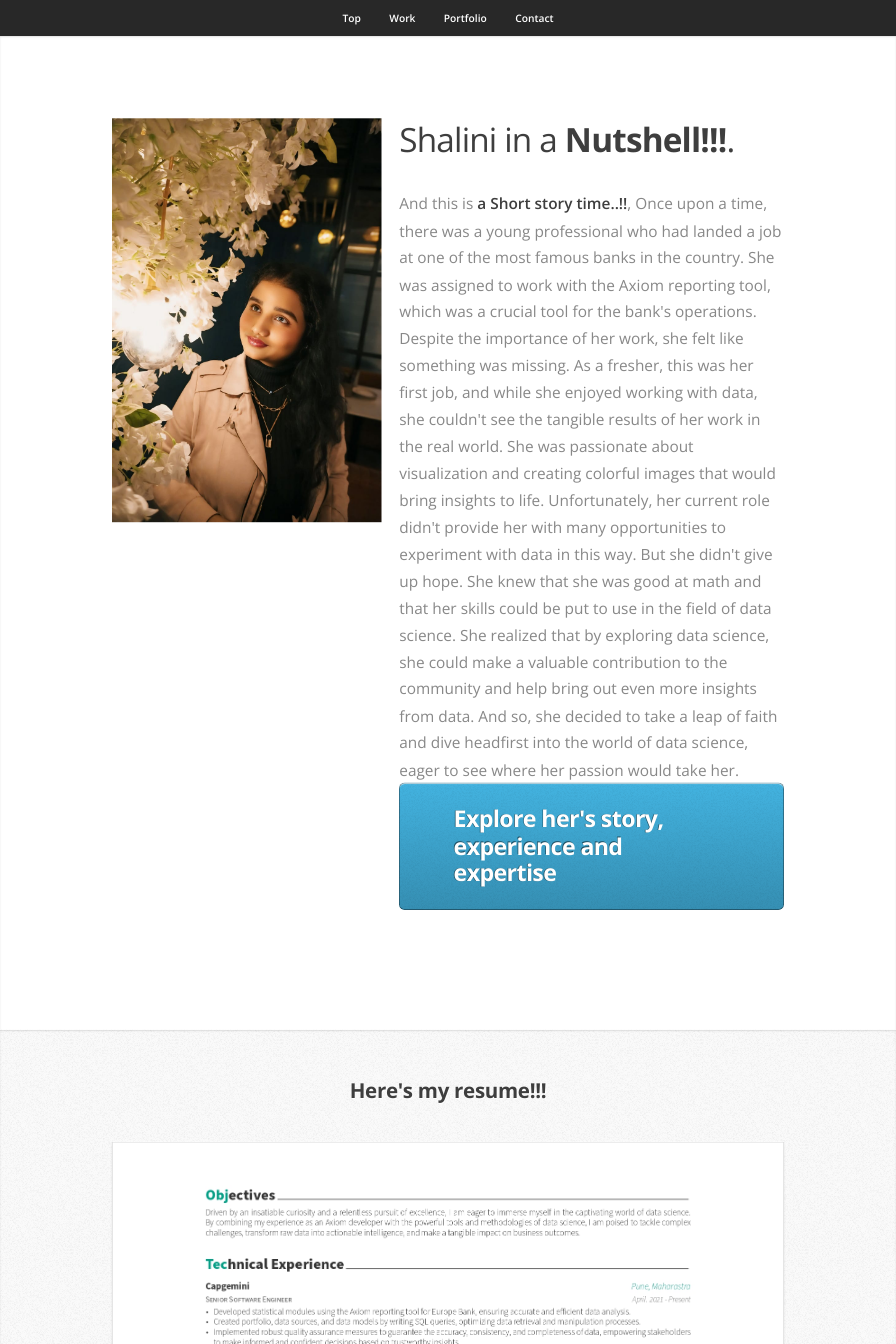
Repository: Shalini-Nanda-ds/Shalini-s-portfolio
Page: index.html
These files come from the project's save history. The page is drawn as it stood at one moment and after the next save; the edit follows.
The browser window is 1280 px wide. The pictures show the part of the page from y = 0 to 1920 px (the page is 4530 px tall), at 70% of full size.

Above is the page before, as saved 2025-03-21 11:37:09.

### index.html
<!DOCTYPE HTML>
<!--
	Miniport by HTML5 UP
	html5up.net | @ajlkn
	Free for personal and commercial use under the CCA 3.0 license (html5up.net/license)
-->
<html>
	<head>
		<title>Shalini's Portfolio</title>
		<meta charset="utf-8" />
		<meta name="viewport" content="width=device-width, initial-scale=1, user-scalable=no" />
		<link rel="stylesheet" href="assets/css/main.css" />
	</head>
	<body class="is-preload">

		<!-- Nav -->
			<nav id="nav">
				<ul class="container">
					<li><a href="#top">Top</a></li>
					<li><a href="#work">Work</a></li>
					<li><a href="#portfolio">Portfolio</a></li>
					<li><a href="#contact">Contact</a></li>
				</ul>
			</nav>

		<!-- Home -->
			<article id="top" class="wrapper style1">
				<div class="container">
					<div class="row">
						<div class="col-4 col-5-large col-12-medium">
							<img src="images/WhatsApp Image 2025-03-21 at 11.20.08 AM (1).jpeg" alt="" style="max-width: 100%; height: auto; display: block;"/>
						</div>
						<div class="col-8 col-7-large col-12-medium">
							<header>
								<h1>Shalini in a <strong>Nutshell!!!</strong>.</h1>
							</header>
							<p>And this is <strong>a Short story time..!!</strong>,
								Once upon a time, there was a young professional who had landed a job at one of the most famous banks in the country. She was assigned to work with the Axiom reporting tool, which was a crucial tool for the bank's operations. Despite the importance of her work, she felt like something was missing.

		As a fresher, this was her first job, and while she enjoyed working with data, she couldn't see the tangible results of her work in the real world. She was passionate about visualization and creating colorful images that would bring insights to life. Unfortunately, her current role didn't provide her with many opportunities to experiment with data in this way.

		But she didn't give up hope. She knew that she was good at math and that her skills could be put to use in the field of data science. She realized that by exploring data science, she could make a valuable contribution to the community and help bring out even more insights from data. And so, she decided to take a leap of faith and dive headfirst into the world of data science, eager to see where her passion would take her.
							<a href="#work" class="button large scrolly">Explore her's story, experience and expertise</a>
						</div>
					</div>
				</div>
			</article>
<!-- Work -->
<article id="work" class="wrapper style2">
	<div class="container">
		<header>
			<h2>Here's my resume!!!</h2>
		</header>
		<div class="row aln-center">
			<div class="col-12">
				<section class="box style1">
					<div class="resume-wrapper">
						<a href="images\Final_one.pdf" download>
							<img src="images\Final_one_page-0001.jpg" alt="Resume Preview" class="resume-image">
						</a>
					</div>
				</section>
			</div>
		</div>
		<div class="row aln-center">
			<div class="col-12">
				<footer class="align-center">
					<!-- Removed the "Download Resume" button -->
					<a href="#portfolio" class="button small scrolly">See some of my recent work</a>
				</footer>
			</div>
		</div>
	</div>
</article>




		<style>
			.resume-wrapper {
				width: 100%;
				max-width: 800px; /* Set your desired maximum width here */
				margin: 0 auto; /* Center the resume image horizontally */
				overflow: hidden;
				padding-bottom: 100%;
				position: relative;
			}

			.resume-image {
				position: absolute;
				top: 0;
				left: 0;
				width: 100%;
				height: 100%;
				object-fit: cover;
			}

			.align-center {
				text-align: center;
				margin-top: 2em;
			}

			.align-center .button {
				margin-top: 1em;
			}
		</style>



		<!-- Portfolio -->
		<article id="portfolio" class="wrapper style3">
			<div class="container">
				<header>
					<h2>Here’s some stuff I made recently.</h2>
					<!-- <p>Proin odio consequat sapien vestibulum consequat lorem dolore feugiat.</p> -->
				</header>
				<div class="row">
					<div class="col-4 col-6-medium col-12-small">
						<article class="box style2">
							<a href="https://github.com/Shalini-Nanda-ds/Movie-Recommendation-System" class="image featured" target="_blank"><img src="images\Movie_recommend.webp" alt="Movie Recommendation System" /></a>
							<h3><a href="https://github.com/Shalini-Nanda-ds/Movie-Recommendation-System" target="_blank">Movie Recommendation System</a></h3>
							<!-- <p>Ornare nulla proin odio consequat.</p> -->
						</article>
					</div>
					<div class="col-4 col-6-medium col-12-small">
						<article class="box style2">
							<a href="https://github.com/Shalini-Nanda-ds/Laptop-Price-Predictor" class="image featured" target="_blank"><img src="images/Laptop_price.webp" alt="Laptop Price Predictor" /></a>
							<h3><a href="https://github.com/Shalini-Nanda-ds/Laptop-Price-Predictor" target="_blank">Laptop Price Predictor</a></h3>
							<!-- <p>Ornare nulla proin odio consequat.</p> -->
							</article>
					</div>

					<div class="col-4 col-6-medium col-12-small">
						<article class="box style2">
							<a href="https://github.com/Shalini-Nanda-ds/Customer-Churn-Prediction" class="image featured" target="_blank"><img src="images\Customer_churn.webp" alt="Customer Churn Prediction" /></a>
							<h3><a href="https://github.com/Shalini-Nanda-ds/Customer-Churn-Prediction" target="_blank">Customer Churn Prediction</a></h3>
							<!-- <p>Ornare nulla proin odio consequat.</p> -->
							</article>
					</div>
					<div class="col-4 col-6-medium col-12-small">
						<article class="box style2">
							<a href="https://github.com/Shalini-Nanda-ds/Python-Portfolio" class="image featured" target="_blank"><img src="images/Python_preview.webp" alt="Python Portfolio" /></a>
							<h3><a href="https://github.com/Shalini-Nanda-ds/Python-Portfolio" target="_blank">Python Portfolio</a></h3>
							<!-- <p>Ornare nulla proin odio consequat.</p> -->
							</article>
					</div>
					<div class="col-4 col-6-medium col-12-small">
						<article class="box style2">
							<a href="https://github.com/Shalini-Nanda-ds/SQL-Portfolio" class="image featured" target="_blank"><img src="images\SQL_preview.webp" alt="SQL Portfolio" /></a>
							<h3><a href="https://github.com/Shalini-Nanda-ds/SQL-Portfolio" target="_blank">SQL Portfolio</a></h3>
							<!-- <p>Ornare nulla proin odio consequat.</p> -->
							</article>
					</div>
					<div class="col-4 col-6-medium col-12-small">
						<article class="box style2">
							<a href="https://github.com/Shalini-Nanda-ds/Student_Performance_.git" class="image featured" target="_blank"><img src="images\Student_perform.webp" alt="Student Performance" /></a>
							<h3><a href="https://github.com/Shalini-Nanda-ds/Student_Performance_.git" target="_blank">Student Performance</a></h3>
							<!-- <p>Ornare nulla proin odio consequat.</p> -->
							</article>
					</div>
					<div class="col-4 col-6-medium col-12-small">
						<article class="box style2">
							<a href="https://github.com/Shalini-Nanda-ds/Ecommerce_dashboard.git" class="image featured" target="_blank"><img src="images\e_commerce_preview.webp" alt="Ecommerce dashboard" /></a>
							<h3><a href="https://github.com/Shalini-Nanda-ds/Ecommerce_dashboard.git" target="_blank">Ecommerce Dashboard 📈💰📊</a></h3>
							<!-- <p>Ornare nulla proin odio consequat.</p> -->
							</article>
					</div>
					<div class="col-4 col-6-medium col-12-small">
						<article class="box style2">
							<a href="https://github.com/Shalini-Nanda-ds/HR_Analytics_Dashboard.git" class="image featured" target="_blank"><img src="images\HR_report_preview.webp" alt="HR Analytics Report" /></a>
							<h3><a href="https://github.com/Shalini-Nanda-ds/HR_Analytics_Dashboard.git" target="_blank">HR Analytics Report 🧑🏻‍💻👩🏻📈</a></h3>
							<!-- <p>Ornare nulla proin odio consequat.</p> -->
							</article>
					</div>

				</div>
				<footer class="align-center">
					<!-- <p>Lorem ipsum dolor sit sapien vestibulum ipsum primis?</p> -->
					<a href="#contact" class="button large scrolly">Get in touch with me</a>
				</footer>
			</div>
		</article>


		<!-- Contact -->
		<article id="contact" class="wrapper style4">
			<div class="container medium">
				<div class="row">
					<div class="col-12">
						<hr />
						<h3>Find me on ...</h3>
						<ul class="social">
							<li><a href="https://www.linkedin.com/in/shnanda-ds/" target="_blank" class="icon brands fa-linkedin-in"><span class="label">LinkedIn</span></a></li>
							<li><a href="mailto:shnanda.datascientist07@gmail.com" target="_blank" class="icon solid fa-envelope"><span class="label">Email</span></a></li>
							<li><a href="https://github.com/Shalini-Nanda-ds" target="_blank" class="icon brands fa-github"><span class="label">Github</span></a></li>
							<li><a href="https://datataleswithshalini.blogspot.com" target="_blank" class="icon brands fa-blogger"><span class="label">Blogger</span></a></li>
							<li><a href="tel:+91 9123102656" target="_blank" class="icon solid fa-phone"><span class="label">Phone</span></a></li>
						</ul>
						<hr />
					</div>

				<!-- </div>
				<footer>
					<ul id="copyright">
						<li>&copy; Untitled. All rights reserved.</li>
						<li>Design: <a href="http://html5up.net">HTML5 UP</a></li>
					</ul>
				</footer>
			</div> -->
		</article>

						<!-- <div class="col-12">
							<hr />
							<h3>Find me on ...</h3>
							<ul class="social">
								<li><a href="#" class="icon brands fa-twitter"><span class="label">Twitter</span></a></li>
								<li><a href="#" class="icon brands fa-facebook-f"><span class="label">Facebook</span></a></li>
								<li><a href="#" class="icon brands fa-dribbble"><span class="label">Dribbble</span></a></li>
								<li><a href="#" class="icon brands fa-linkedin-in"><span class="label">LinkedIn</span></a></li>
								<li><a href="#" class="icon brands fa-tumblr"><span class="label">Tumblr</span></a></li>
								<li><a href="#" class="icon brands fa-google-plus"><span class="label">Google+</span></a></li>
								<li><a href="#" class="icon brands fa-github"><span class="label">Github</span></a></li>

								<li><a href="#" class="icon solid fa-rss"><span>RSS</span></a></li>
								<li><a href="#" class="icon brands fa-instagram"><span>Instagram</span></a></li>
								<li><a href="#" class="icon brands fa-foursquare"><span>Foursquare</span></a></li>
								<li><a href="#" class="icon brands fa-skype"><span>Skype</span></a></li>
								<li><a href="#" class="icon brands fa-soundcloud"><span>Soundcloud</span></a></li>
								<li><a href="#" class="icon brands fa-youtube"><span>YouTube</span></a></li>
								<li><a href="#" class="icon brands fa-blogger"><span>Blogger</span></a></li>
								<li><a href="#" class="icon brands fa-flickr"><span>Flickr</span></a></li>
								<li><a href="#" class="icon brands fa-vimeo"><span>Vimeo</span></a></li>
								-->
							<!-- </ul>
							<hr />
						</div>
					</div>
					<footer>
						<ul id="copyright">
							<li>&copy; Untitled. All rights reserved.</li><li>Design: <a href="http://html5up.net"></a></li>
						</ul>
					</footer>
				</div>
			</article>   -->

		<!-- Scripts -->
			<script src="assets/js/jquery.min.js"></script>
			<script src="assets/js/jquery.scrolly.min.js"></script>
			<script src="assets/js/browser.min.js"></script>
			<script src="assets/js/breakpoints.min.js"></script>
			<script src="assets/js/util.js"></script>
			<script src="assets/js/main.js"></script>

	</body>
</html>

Loaded but not shown: assets/css/fontawesome-all.min.css (library); assets/js/jquery.min.js (library); assets/js/jquery.scrolly.min.js (common file); assets/js/browser.min.js (common file); assets/js/breakpoints.min.js (common file); assets/js/util.js (587 lines, source omitted); assets/js/main.js (34 lines, source omitted); assets/css/main.css (2445 lines, source omitted)

After the next save:
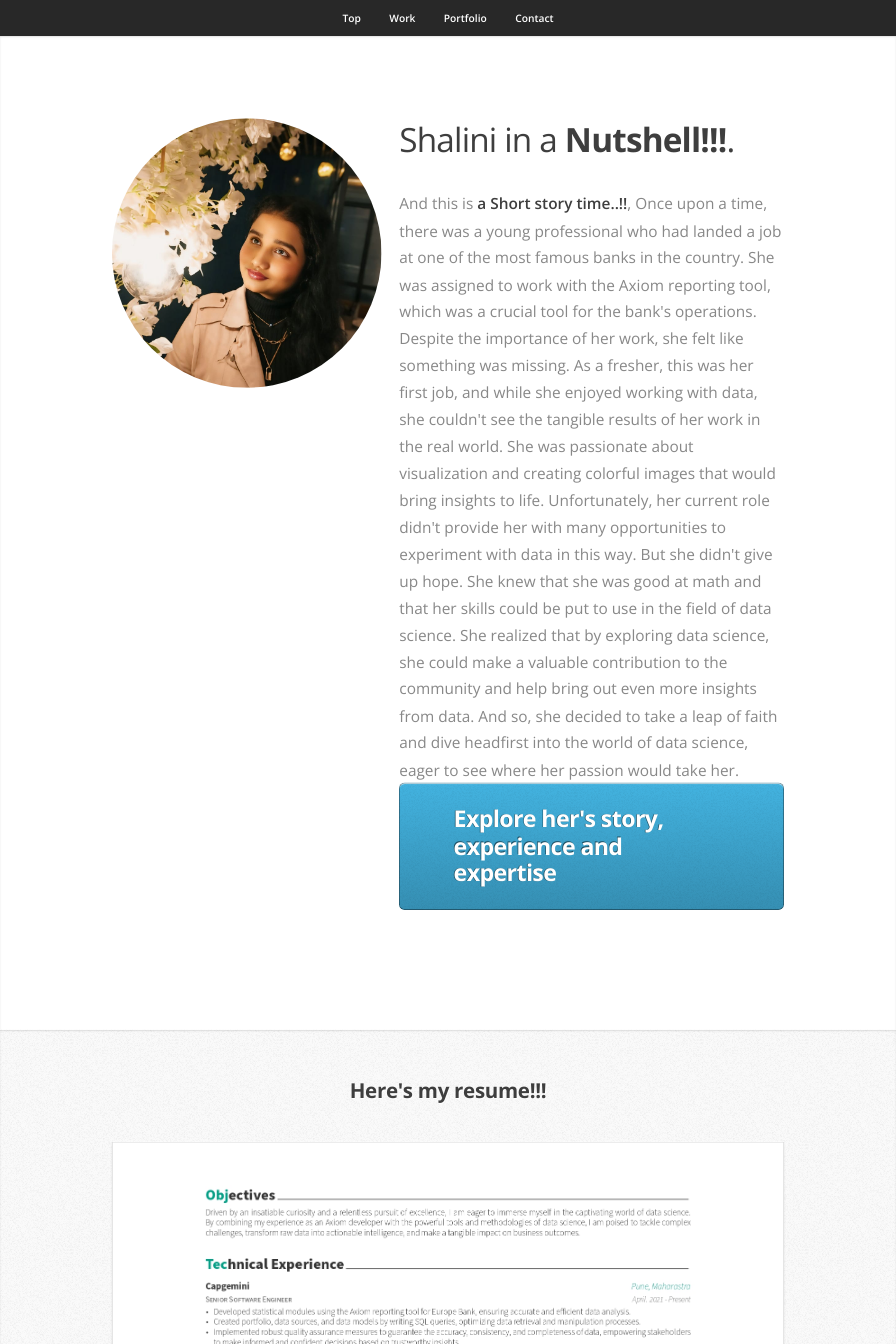
Saved 2 min 13 s later.
--- a/index.html
+++ b/index.html
@@ -28,7 +28,8 @@
 				<div class="container">
 					<div class="row">
 						<div class="col-4 col-5-large col-12-medium">
-							<img src="images/WhatsApp Image 2025-03-21 at 11.20.08 AM (1).jpeg" alt="" style="max-width: 100%; height: auto; display: block;"/>
+							<img src="images/WhatsApp Image 2025-03-21 at 11.20.08 AM (1).jpeg" alt=""
+            style="max-width: 100%; height: auto; border-radius: 50%; object-fit: cover; aspect-ratio: 1/1; display: block;"/>
 						</div>
 						<div class="col-8 col-7-large col-12-medium">
 							<header>
